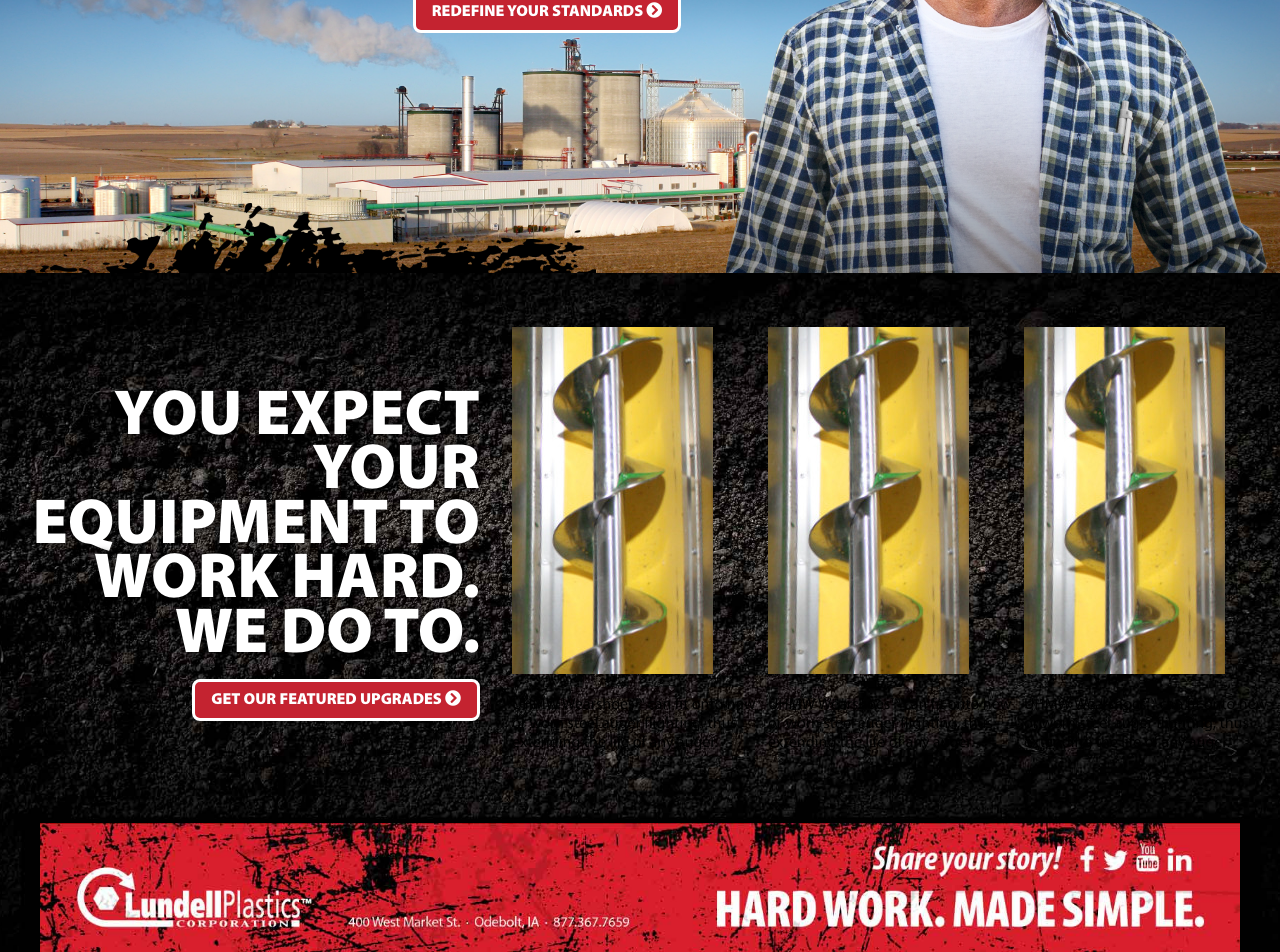
Repository: duc-bsc/lpc-hardwork-campagin-main
Page: html/index.html
The author's editor kept a copy of each file at every save. The page is drawn from the files as they stood at one save, then again after the next save.
The browser window is 1280 px wide. The pictures show the part of the page from y = 1885 to 2837 px (the page is 2837 px tall).
A picture or video elsewhere on the page could not be fetched, so the positions and the page height are approximate. Some web libraries are served in a nearby version.

Above is the page before, as saved 2022-02-27 09:38:55.

After the next save:
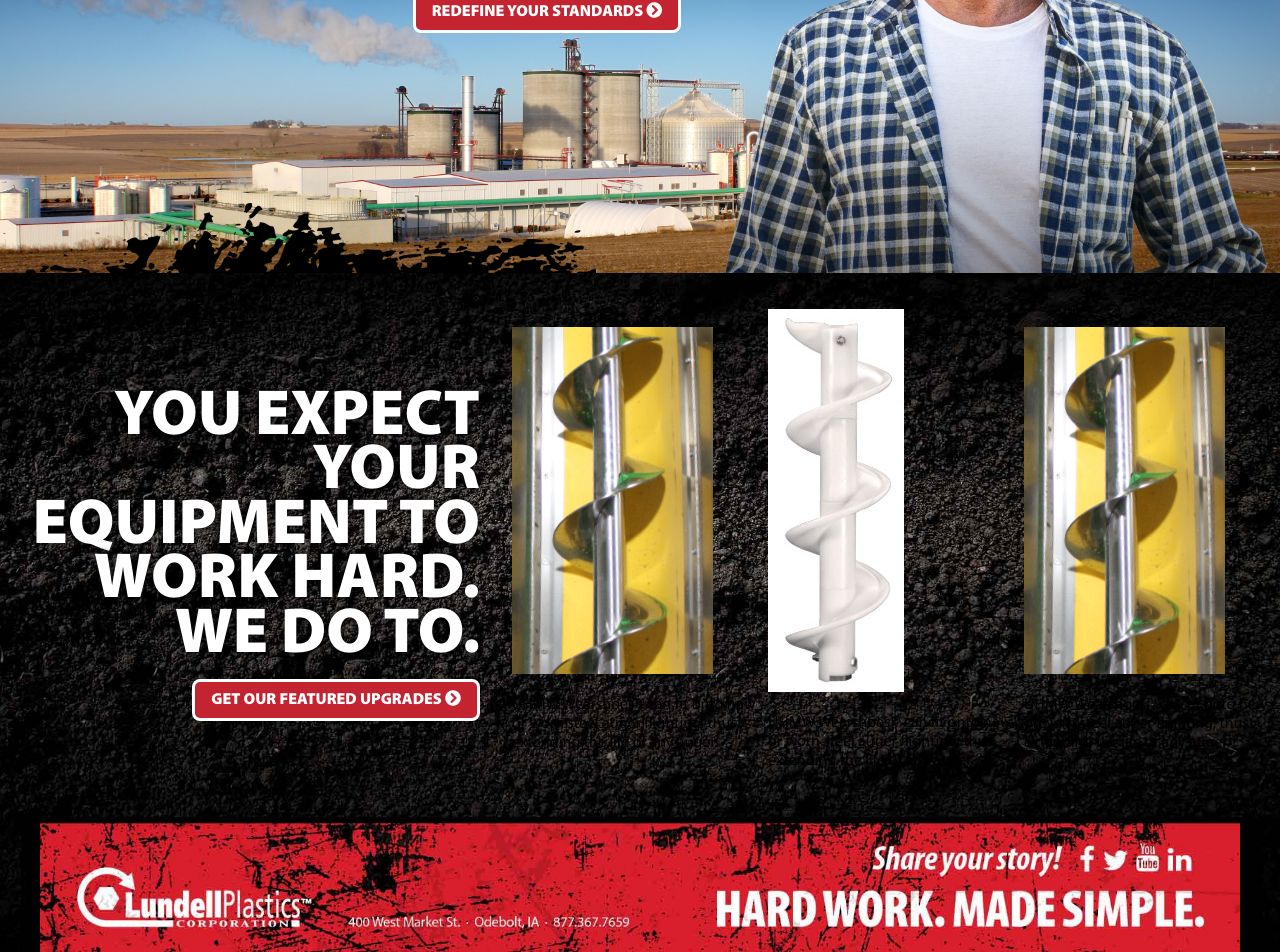
Saved 16 s later.
--- a/html/index.html
+++ b/html/index.html
@@ -146,7 +146,7 @@
                 life of any auger.</p>
           </div>
           <div class="col">
-              <img src="./images/product-1.jpg" alt="">
+              <img src="./images/product-2.jpg" alt="">
               <p>UHMW Wearshoes™ can fit
                 onto new or worn steel auger
                 flighting, thus extending the
